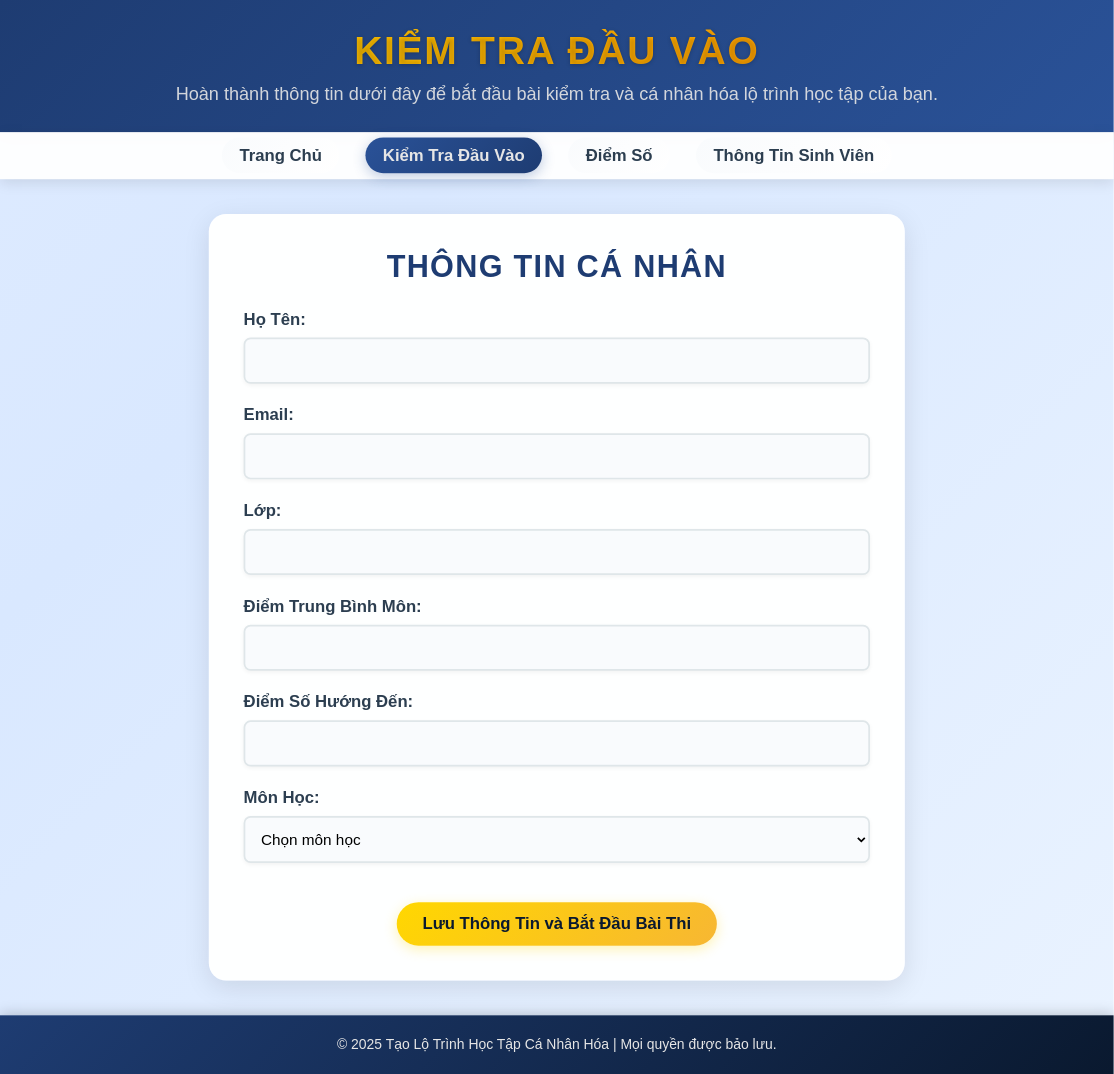
Repository: quankenda73/Prject_Final
Page: INDEX/input-test.html
The author's editor kept a copy of each file at every save. The page is drawn from the files as they stood at one save, then again after the next save.
The browser window is 1280 px wide. The pictures show the whole page, at 87% of full size.

Above is the page before, as saved 2025-03-20 12:41:42.

After the next save:
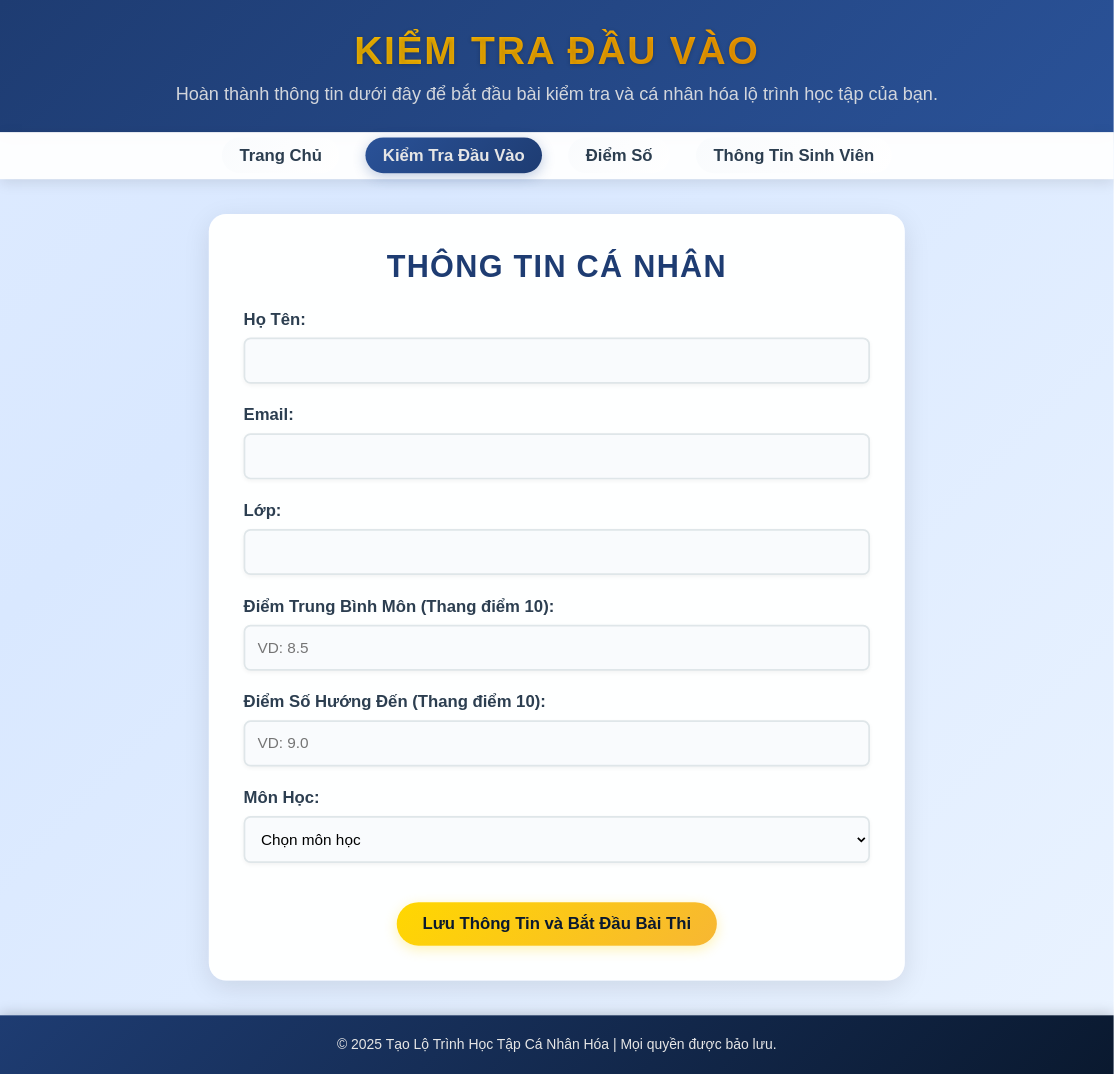
Saved 5 min 13 s later.
--- a/INDEX/input-test.html
+++ b/INDEX/input-test.html
@@ -66,12 +66,12 @@
                 <input type="text" id="class" name="class" required>
             </div>
             <div class="form-group">
-                <label for="avg-score">Điểm Trung Bình Môn:</label>
-                <input type="number" id="avg-score" name="avg-score" min="0" max="10" step="0.1" required>
+                <label for="avg-score">Điểm Trung Bình Môn (Thang điểm 10):</label>
+                <input type="number" id="avg-score" name="avg-score" min="0" max="10" step="0.1" required placeholder="VD: 8.5">
             </div>
             <div class="form-group">
-                <label for="target-score">Điểm Số Hướng Đến:</label>
-                <input type="number" id="target-score" name="target-score" min="0" max="10" step="0.1" required>
+                <label for="target-score">Điểm Số Hướng Đến (Thang điểm 10):</label>
+                <input type="number" id="target-score" name="target-score" min="0" max="10" step="0.1" required placeholder="VD: 9.0">
             </div>
             <div class="form-group">
                 <label for="subject">Môn Học:</label>
@@ -100,12 +100,21 @@
         document.getElementById('input-test-form').addEventListener('submit', async function(event) {
             event.preventDefault();
 
+            const avgScore = parseFloat(document.getElementById('avg-score').value);
+            const targetScore = parseFloat(document.getElementById('target-score').value);
+
+            // Kiểm tra thang điểm 10
+            if (avgScore < 0 || avgScore > 10 || targetScore < 0 || targetScore > 10) {
+                alert('Điểm trung bình và điểm hướng đến phải nằm trong khoảng từ 0 đến 10!');
+                return;
+            }
+
             const studentInfo = {
                 name: document.getElementById('name').value,
                 email: document.getElementById('email').value,
                 class: document.getElementById('class').value,
-                avgScore: parseFloat(document.getElementById('avg-score').value),
-                targetScore: parseFloat(document.getElementById('target-score').value),
+                avgScore: avgScore,
+                targetScore: targetScore,
                 subject: document.getElementById('subject').value,
                 userId: currentUser.id
             };
